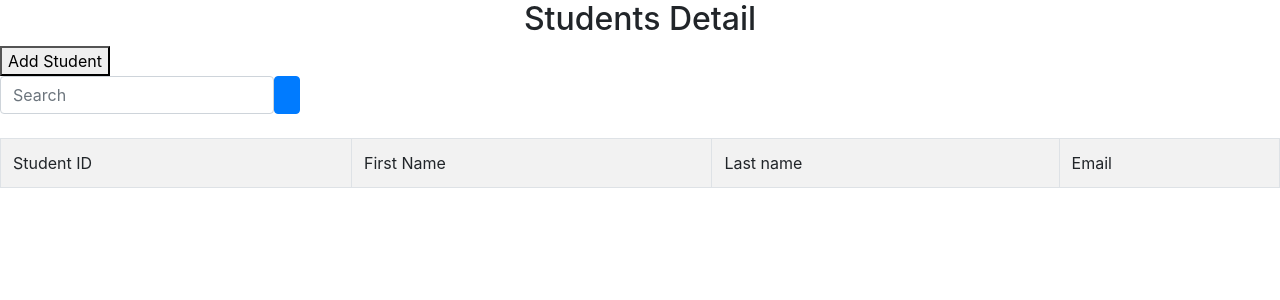
Repository: manvendra-24/jsp-servlets
Page: http://localhost/12-student-mvc-db/StudentController
These files come from the project's save history. The page is drawn as it stood at one moment and after the next save; the edit follows.
The browser window is 1280 px wide. The pictures show the whole page.
The page is served by Tomcat 9. Queries for data that is not in the repository find no rows.

Above is the page before, as saved 2024-07-18 06:55:05.

After the next save:
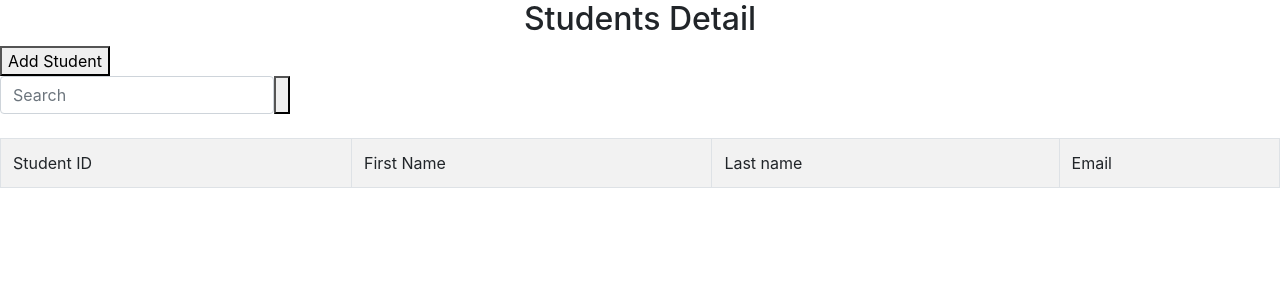
Saved 16 s later.
--- a/12-student-mvc-db/WebContent/view-students.jsp
+++ b/12-student-mvc-db/WebContent/view-students.jsp
@@ -21,7 +21,7 @@
 		<div class="form-outline" data-mdb-input-init>
 			<input type="search" id="form1" class="form-control" placeholder="Search"/>
 		</div>
-		<button type="submit" class="btn btn-primary" data-mdb-ripple-init>
+		<button type="submit" class="" data-mdb-ripple-init>
 
 		</button>
 	</div>
